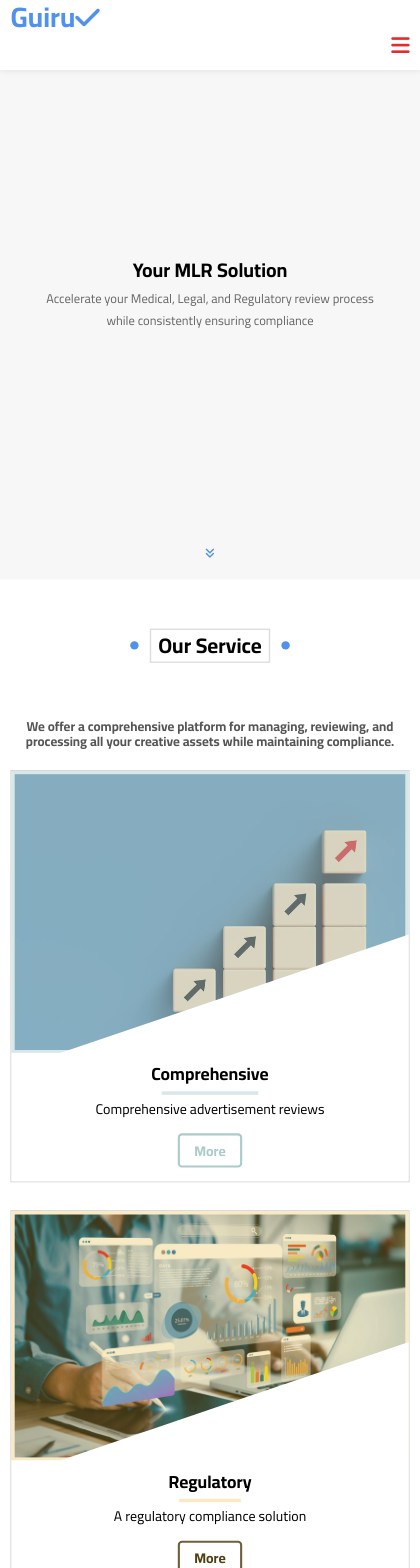
Repository: AsmaaAlothman/Templet-1-website
Page: home.html
These files come from the project's save history. The page is drawn as it stood at one moment and after the next save; the edit follows.
The browser window is 600 px wide. The pictures show the part of the page from y = 0 to 2240 px (the page is 5240 px tall), at 70% of full size.

Above is the page before, as saved 2024-08-31 13:45:51.

### home.html
<!DOCTYPE html>
<html lang="en">

<head>
    <meta charset="UTF-8" />
    <meta name="viewport" content="width=device-width, initial-scale=1.0" />
    <title>Guiru test</title>
    <!-- Render all elements normally-->
    <link rel="stylesheet" href="css/normalize.css" />
    <!-- Font Awesome library-->
    <link rel="stylesheet" href="css/all.min.css" />
    <link rel="preconnect" href="https://fonts.googleapis.com" />
    <!--Google Fonts Cairo-->
    <link href="https://fonts.googleapis.com/css2?family=Cairo:wght@200..1000&family=Work+Sans:ital,wght@0,100..900;1,100..900&display=swap" rel="stylesheet" />
    <!--Main template css file -->
    <link rel="stylesheet" href="css/home.css" />
</head>

<body>
    <!-- Start header -->
    <div class="header" id="header">
        <div class="container">

            <a href="#" class="logo"> Guiru <i class="fa-solid fa-check"></i></a>

            <ul class="main_nav">
                <li>
                    <a href="#partner_with_us" class="partner_with_us">partner with us</a>
                </li>
                <li><a href="#about-us">About Us</a></li>
                <li><a href="#contact-us">Contact Us</a></li>
                <li><a href="#login">Login</a></li>
                <li><a href="#home">Home</a></li>
            </ul>
            <label for="check" class="check-btn">
              <i class="fa-solid fa-bars"></i>
            </label>
        </div>
    </div>
    <!-- End header -->
    <!-- Start Landing -->
    <div class="landing">
        <div class="container">
            <div class="text">
                <h1>Your MLR Solution</h1>
                <p>
                    Accelerate your Medical, Legal, and Regulatory review process while consistently ensuring compliance
                </p>
            </div>
            <div class="image">
                <img src="images/landing_image2.jpg" alt="landing_image2" />
            </div>
        </div>
        <a href="#about-us" class="go_down">
            <i class="fa-solid fa-angles-down"></i>
        </a>
    </div>
    <!-- End Landing -->
    <!-- Start Service -->
    <div class="service" id="service">
        <h2 class="main-title">Our Service</h2>

        <h3>
            We offer a comprehensive platform for managing, reviewing, and processing all your creative assets while maintaining compliance.
        </h3>

        <div class="container">
            <div class="box comprehensive">
                <div class="img-holder">
                    <img src="images/service-image1.jpg" alt="" />
                </div>
                <h2>Comprehensive</h2>
                <p>Comprehensive advertisement reviews</p>
                <a href="#">More</a>
            </div>
            <div class="box regulatory">
                <div class="img-holder">
                    <img src="images/service-image2.jpg" alt="" />
                </div>
                <h2>Regulatory</h2>
                <p>A regulatory compliance solution</p>
                <a href="#">More</a>
            </div>
            <div class="box guidance">
                <div class="img-holder">
                    <img src="images/service-image3.jpg" alt="" />
                </div>
                <h2>Guidance</h2>
                <p>Guidance to improve advertisement effectiveness</p>
                <a href="#">More</a>
            </div>
        </div>
    </div>
    <!-- End service -->
    <!-- Start About US Section -->
    <div class="about-us" id="about-us">
        <div class="container">
            <h2 class="main-title">About Us</h2>
            <h3>
                At Guiru, we are dedicated to offering the best solutions for your MLR needs. Our team will ensure you campaigns meet all necessary regulations needs and achieve maximum impact.
            </h3>
            <div class="box">
                <div class="details">
                    <img src="images/about-us.png" alt="about-us" />
                </div>
            </div>
        </div>
    </div>
    <!-- End About US Section -->

    <!-- Start Our Value Section -->
    <div class="our-value" id="our-value">
        <h2 class="main-title">Our Value</h2>
        <div class="container">
            <img src="images/our-values.jpg" alt="" class="image" style="width: 600px; height: 400px" />
            <div class="info">
                <div class="box">
                    <img src="images/our-values2.png" alt="" />
                    <div class="text">
                        <h3>Integrity</h3>
                        <p>
                            We uphold the highest standards of integrity in all our actions.
                        </p>
                    </div>
                </div>
                <div class="box">
                    <img src="images/our-values3.png" alt="" />
                    <div class="text">
                        <h3>Excellence</h3>
                        <p>We strive for excellence in everything we do.</p>
                    </div>
                </div>
                <div class="box">
                    <img src="images/our-values4.png" alt="" />
                    <div class="text">
                        <h3>Innovation</h3>
                        <p>
                            We encourage innovation to meet challenges and improve our services.
                        </p>
                    </div>
                </div>
            </div>
        </div>
    </div>
    <!-- End Our value Section -->

    <!-- Start Footer -->
    <div class="footer" id="footer">
        <div class="container">
            <img src="images/logo-Guiru.png" alt="logo-footer" />
            <div class="footer-links">
                <a href="#about-us"><i class="fa-regular fa-address-card"> About Us </i></a
          >
          <a href="#contact-us"
            ><i class="fa-solid fa-headset"> Contact Us </i>
          </a>
                <a href="#privacy-policy"><i class="fa-solid fa-arrow-right-to-bracket"> Privacy Policy </i>
          </a>
            </div>
            <p class="copyright">
                &copy; 2024 <span>Guiru</span> All rights reserved.
            </p>
        </div>
    </div>
    <!-- End Footer -->
</body>

</html>

### css/home.css
/* Start global rules : */

* {
    -webkit-box-sizing: border-box;
    -moz-box-sizing: border-box;
    box-sizing: border-box;
    padding: 0px;
    margin: 0px;
}

html {
    scroll-behavior: smooth;
}

:root {
    --main-color: #4f91ed;
    --main-color-alt: #125bc2bd;
    --hover-main-color: #c5c9cf23;
    --icon-color-hover: #accef577;
    --main-transition: 0.3s;
    --main-padding-top: 70px;
    --main-padding-bottom: 70px;
    --second-section-background-color: #d2d7d831;
    --main-section-background-color: white;
    --footer-background-color: rgba(46, 69, 92, 0.486);
    --paragraph-text-color: #555;
    --main-box-shadow: 0 12px 20px 0 rgba(0, 0, 0, 0.048), 0 2px 4px 0 rgb(0 0 0/12%);
}

body {
    font-family: "Cairo", sans-serif;
    /* font-family: "Work Sans", sans-serif;*/
}

a {
    text-decoration: none;
}

ul {
    list-style: none;
}


/* End global rules  */

.parent {
    background-color: #eee;
}

.container {
    padding-left: 15px;
    padding-right: 15px;
    margin-left: auto;
    margin-right: auto;
    /* background-color: #ececec; */
}

img {
    /* padding-left: 15px;
    padding-right: 15px; */
    margin-left: auto;
    margin-right: auto;
    display: block;
    /* background-color: var(--main-color); */
}


/* Start media query  */

@media (min-width: 768px) {
    .container {
        width: 970px;
    }
}

@media (min-width: 992px) {
    .container {
        width: 970px;
    }
}

@media (min-width: 1200px) {
    .container {
        width: 1170px;
    }
}


/* End media query  */


/* Start Style Main title */

.main-title {
    margin: 0 auto 80px;
    border: 2px solid #e1dcdc;
    padding: 5px 10px;
    font-size: 30px;
    width: fit-content;
    position: relative;
    z-index: 1;
    transition: var(--main-transition);
}

.main-title::after,
.main-title::before {
    content: "";
    width: 12px;
    height: 12px;
    background-color: var(--main-color);
    position: absolute;
    border-radius: 50%;
    top: 50%;
    transform: translateY(-50%);
}

.main-title::after {
    right: -30px;
}

.main-title::before {
    left: -30px;
}

.main-title:hover::before {
    z-index: -1;
    animation: left-move 0.3s linear forwards;
}

.main-title:hover::after {
    z-index: -1;
    animation: right-move 0.3s linear forwards;
}

.main-title:hover {
    color: white;
    border: 2px solid white;
    transition-delay: 0.2s;
}


/* End Style Main title */


/* Start header */

.header {
    background-color: white;
    position: relative;
    -webkit-box-shadow: 0 0 10px#ddd;
    -moz-box-shadow: 0 0 10px#ddd;
    box-shadow: 0 0 10px#ddd;
}

.header .container {
    display: flex;
    background-color: white;
    justify-content: space-between;
    align-items: center;
    flex-wrap: wrap;
    position: relative;
}

.header .logo {
    color: var(--main-color);
    font-size: 40px;
    font-weight: bold;
    /*  height: 72px; للحفاظ على ارتفاع الهيدر حتى لو اختلف حجم المين  */
    height: 72px;
    display: flex;
    justify-content: center;
    align-items: center;
}


/* start responsive media for logo selector : */

@media (max-width: 767px) {
    .header .logo {
        width: 100%;
        height: 50px;
    }
}


/*end responsive media for logo selector : */

.header .main_nav {
    display: flex;
}


/* start responsive media for main_nav selector : */

.header .main_nav>li>a {
    height: 80px;
    letter-spacing: 2px;
    font-size: 20px;
    display: flex;
    justify-content: center;
    align-items: center;
    position: relative;
    color: black;
    padding: 0px 25px;
    transition: var(--main-transition);
    overflow: hidden;
}


/* start responsive media for li > a selector : */

@media (max-width: 767px) {
    .header .main_nav>li>a {
        padding: 10px;
        height: 40px;
        font-size: 14px;
    }
}

@media (max-width: 767px) {
    .header .main_nav {
        flex-direction: column;
        gap: 0;
        padding: 5px;
        margin: auto;
    }
}

.check-btn {
    font-size: 30px;
    color: rgb(223, 46, 46);
    cursor: pointer;
    display: none;
}

@media (max-width: 767px) {
    .check-btn {
        display: flex;
        margin-bottom: 20px;
    }
    .header .main_nav {
        display: none;
    }
    .header .container {
        justify-content: end;
    }
    .header .container .logo {
        display: flex;
        justify-content: start;
    }
}


/* End header */


/* Start Landing */

.landing {
    position: relative;
    background-color: var(--second-section-background-color);
}

.landing .container {
    min-height: calc(100vh - 72px);
    display: flex;
    align-items: center;
    padding-bottom: 75px;
}

.landing .text {
    flex: 1;
}

@media (max-width: 991px) {
    .landing .text {
        text-align: center;
    }
}

.landing .text h1 {
    font-size: 37px;
    margin: 0;
    letter-spacing: 0px;
}


/*start response mobile screen size */

@media (max-width: 767px) {
    .landing .text h1 {
        font-size: 28px;
    }
}


/*end response mobile screen size */

.landing .text p {
    font-size: 22px;
    margin: 5px 0 0;
    line-height: 1.7;
    color: #666;
    max-width: 500px;
}

@media (max-width: 991px) {
    .landing .text p {
        margin: 10px auto;
    }
}


/*start response mobile screen size */

@media (max-width: 767px) {
    .landing .text p {
        font-size: 18px;
    }
}


/*end response mobile screen size */

.landing .image img {
    position: relative;
    width: 400px;
    /* وحطينا زمن 5 ثواني يروح ويرجع up-and-down الانيميشن هون سميتو ع كيفي  */
    /* الانيميشن بعتمد عالبوزشن لازم يكون ريليتف */
    /* بننزل بننشئ الانيميشن تحت بنفس هاد الاسم  */
    animation: up-and-down 5s linear infinite;
}

@media (max-width: 991px) {
    .landing .image {
        display: none;
    }
}

.landing .go_down {
    color: var(--main-color);
    position: absolute;
    bottom: 30px;
    left: 50%;
    transform: translateX(-50%);
    transition: var(--main-transition);
}

.landing .go_down:hover {
    color: var(--main-color-alt);
}

.landing .go_down i {
    animation: bouncing 1.5s infinite;
}


/* End landing */


/* Start service */

.service {
    padding-top: var(--main-padding-top);
    padding-bottom: var(--main-padding-bottom);
    position: relative;
    background-color: var(--main-section-background-color);
}

.service .container {
    display: grid;
    grid-template-columns: repeat(auto-fill, minmax(300px, 1fr));
    gap: 40px;
}

.service h3 {
    color: var(--paragraph-text-color);
    display: block;
    padding-bottom: 30px;
    max-width: 100%;
    text-align: center;
    margin: auto;
}

.service .box {
    text-align: center;
    border: 1px solid #ccc;
}

.service .container .img-holder {
    position: relative;
    overflow: hidden;
}

.service .container .img-holder::before {
    content: "";
    position: absolute;
    top: -1px;
    left: 0;
    height: 100%;
    width: 100%;
    /* background-color: #b657e257; */
}

.service .container .img-holder::after {
    content: "";
    position: absolute;
    bottom: 0;
    right: 0;
    border-style: solid;
    border-width: 0 0 170px 500px;
    border-color: transparent transparent white transparent;
    transition: var(--main-transition);
}

.service .container .img-holder img {
    max-width: 100%;
    padding: 5px;
}

.service .box:hover .img-holder::after {
    border-width: 0 465px 0 0;
}

.service .box h2 {
    position: relative;
    font-size: 25px;
    margin: 15px auto;
    width: fit-content;
}

.service .box h2::after {
    content: "";
    position: absolute;
    bottom: -15px;
    left: 15px;
    height: 5px;
    width: calc(100% - 30px);
    /* background-color: red; */
}

.service .box p {
    line-height: 2;
    font-size: 20px;
    color: var(--paragraph-color);
    margin: 15px 15px;
    padding: 0;
}

.service .box a {
    display: block;
    border: 3px solid transparent;
    width: fit-content;
    margin: 0 auto 20px;
    font-size: 20px;
    font-weight: bold;
    padding: 10px 20px;
    border-radius: 6px;
    transition: var(--main-transition);
}

.service .box:hover a {
    background-position: left bottom;
    color: rgb(39, 37, 37);
}


/*اللي فوق الصورة overlayهاد الجزء الخاص بال    */

.service .comprehensive .img-holder::before {
    background-color: #aacacb75;
}


/* comprehensive  /guidance /regulatory هاد لون الباك جراوند اللي تحت الهيدر تبع القسم يعني تحت كلمة  */

.service .comprehensive h2::after {
    background-color: #aacacb75;
}

.service .comprehensive a {
    color: #aacacb;
    border-color: #aacacb;
    background: linear-gradient(to right, #aacacb75 50%, white 50%);
    background-size: 200% 100%;
    background-position: right bottom;
}


/* ---------------------------------- */

.service .regulatory .img-holder::before {
    background-color: #e0ad1f41;
}

.service .regulatory h2::after {
    background-color: #e0ad1f41;
}

.service .regulatory a {
    color: #503f10;
    border-color: #6e6039;
    background: linear-gradient(to right, #e0ad1f41 50%, white 50%);
    background-size: 200% 100%;
    background-position: right bottom;
}


/* ---------------------------------- */

.service .guidance .img-holder::before {
    background-color: #b7cc8c71;
}

.service .guidance h2::after {
    background-color: #b7cc8c71;
}

.service .guidance a {
    color: #b7cc8c;
    border-color: #b7cc8c;
    background: linear-gradient(to right, #b7cc8c71 50%, white 50%);
    background-size: 200% 100%;
    background-position: right bottom;
}


/* End service */


/* Start About us Section */

.about-us {
    position: relative;
    padding-top: var(--main-padding-top);
    padding-bottom: var(--main-padding-bottom);
    background-color: var(--second-section-background-color);
}

.about-us .container {
    display: flex;
    align-items: center;
    flex-wrap: wrap;
    position: relative;
}

.about-us .container .box {
    display: grid;
    margin: auto;
    grid-template-columns: repeat(auto-fill, minmax(450px, 0fr));
    gap: 10px;
    padding: 5px;
    max-width: fit-content;
    background-color: transparent;
    border-radius: 6px;
    box-shadow: 0 12px 20px 0 rgb(0 0 0/13%), 0 2px 4px 0 rgb(0 0 0/12%);
}

.about-us .container .box img {
    max-width: 60%;
    transition: var(--main-transition);
    border-radius: 6px;
}

@media (max-width: 767px) {
    .about-us .container .box img {
        max-width: 60%;
        transition: var(--main-transition);
        border-radius: 6px;
        margin-left: 40px;
    }
}

.about-us .container .box img:hover {
    transform: rotate(2deg) scale(1);
    transition-duration: 1s;
}

.about-us .container h3 {
    color: var(--paragraph-text-color);
    display: block;
    padding-bottom: 30px;
    max-width: 100%;
    text-align: center;
    margin: auto;
}


/* End About us Section */


/* Start Our value Section */

.our-value {
    padding-top: var(--main-padding-top);
    padding-bottom: var(--main-padding-bottom);
    position: relative;
    background-color: var(--section-background-color);
}

.our-value .container {
    display: flex;
    align-items: center;
    justify-content: space-between;
}

@media (max-width: 991px) {
    .our-value .container {
        flex-direction: column;
    }
}

.our-value .container .image {
    max-width: 100%;
    margin-right: 70px;
}

@media (max-width: 991px) {
    .our-value .image {
        margin: 0 0 50px;
    }
}

@media (max-width: 767px) {
    .our-value .container .image {
        display: none;
    }
}

.our-value .info .box {
    background-color: #8d9cb138;
    padding: 20px 15px;
    margin-bottom: 20px;
    border-radius: 6px;
    display: flex;
    align-items: center;
    border: 3px solid white;
    position: relative;
    z-index: 1;
}

@media (max-width: 991px) {
    .our-value .info .box {
        flex-direction: column;
        text-align: center;
    }
}

.our-value .info .box::before {
    content: "";
    position: absolute;
    background-color: rgba(131, 181, 209, 0.26);
    left: 50%;
    top: 50%;
    height: 0;
    width: 0;
    transform: translate(-50%, -50%);
    z-index: -1;
    transition: var(--main-transition);
}

.our-value .info .box:hover:before {
    height: 100%;
    width: 100%;
}

.our-value .info .box img {
    width: 120px;
    margin-left: 0;
    padding: 5px;
    border-radius: 15px;
}

@media (max-width: 991px) {
    .our-value .info .box img {
        margin: 0 0 30px;
    }
}

.our-value .container .info .box .text {
    padding: 0px 5px 0px 15px;
}

.our-value .container .info .box h3 {
    font-size: 20px;
    padding-bottom: 5px;
    margin: 0;
}

.our-value .container .info .box p {
    line-height: 1.7;
    color: var(--paragraph-color);
    margin: 10px 0 0;
    font-size: 18px;
}


/* End Our value Section */


/* Start Footer  */

.footer {
    padding-top: 50px;
    padding-bottom: 50px;
    background-color: var(--footer-background-color);
    position: relative;
    color: white;
    text-align: center;
}

.footer .container img {
    width: 200px;
}

.footer .footer-links {
    max-width: 100%;
    padding-top: 15px;
    display: flex;
    margin: 40px 0 20px;
    gap: 25px;
    justify-content: center;
    align-items: center;
    position: relative;
}

@media (max-width: 767px) {
    .footer .footer-links {
        padding-top: 10px;
        display: grid;
        margin: 30px 0 20px;
        gap: 30px;
        justify-content: center;
        align-items: center;
    }
}

.footer .footer-links a {
    display: block;
    font-size: 13px;
    letter-spacing: 4px;
    color: #0c4597c2;
    text-shadow: 0px 1px 7px white;
    border-bottom: 3px solid rgba(58, 79, 148, 0.918);
    border-radius: 6px;
    padding: 10px;
}

.footer .footer-links a:hover {
    font-weight: bolder;
    color: white;
    border: none;
    background-color: rgba(78, 107, 134, 0.37);
    box-shadow: var(--main-box-shadow);
    transition: var(--main-transition);
}

.footer .container {
    position: relative;
    max-width: 100%;
    max-height: 100%;
}

.footer .copyright {
    margin-top: 60px;
    padding: 20px;
}

.footer .copyright span {
    font-weight: bold;
    font-size: 20px;
    color: var(--main-color-alt);
}


/* End Footer  */


/* Start Create Animation  */

@keyframes up-and-down {
    0%,
    100% {
        top: 0;
    }
    50% {
        top: -50px;
    }
}

@keyframes left-move {
    50% {
        left: 0;
        width: 12px;
        height: 12px;
    }
    100% {
        left: 0;
        border-radius: 0;
        width: 100%;
        height: 100%;
    }
}

@keyframes right-move {
    50% {
        right: 0;
        width: 12px;
        height: 12px;
    }
    100% {
        right: 0;
        border-radius: 0;
        width: 100%;
        height: 100%;
    }
}


/* Start Create Animation  */

@keyframes up-and-down {
    0%,
    100% {
        top: 0;
    }
    50% {
        top: -50px;
    }
}

@keyframes left-move {
    50% {
        left: 0;
        width: 12px;
        height: 12px;
    }
    100% {
        left: 0;
        border-radius: 0;
        width: 100%;
        height: 100%;
    }
}

@keyframes right-move {
    50% {
        right: 0;
        width: 12px;
        height: 12px;
    }
    100% {
        right: 0;
        border-radius: 0;
        width: 100%;
        height: 100%;
    }
}


/* End Create Animation */

Loaded but not shown: css/normalize.css (library); css/all.min.css (library)

After the next save:
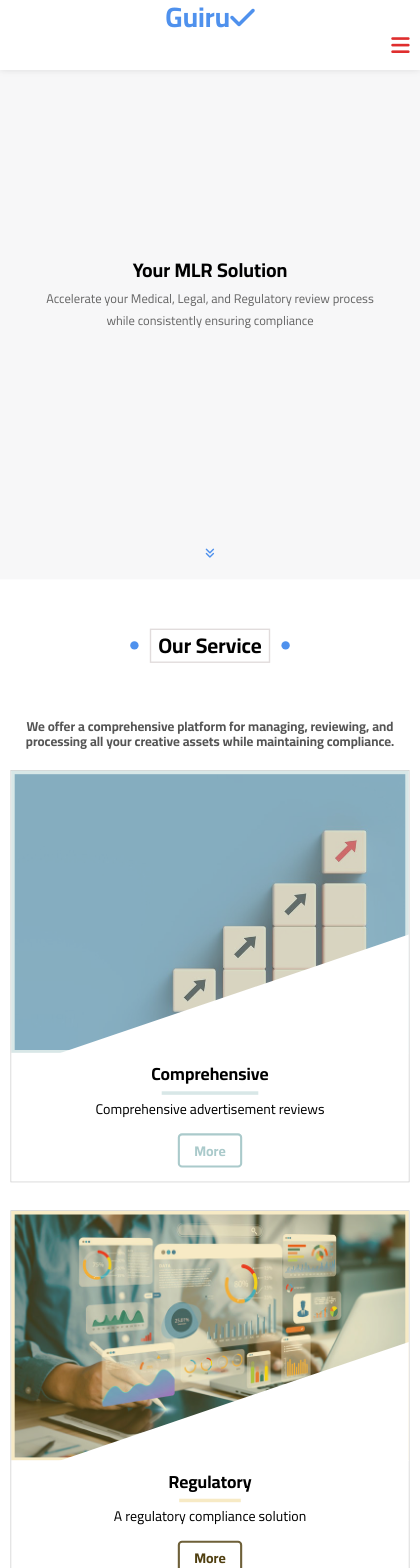
Saved 76 s later.
--- a/css/home.css
+++ b/css/home.css
@@ -246,7 +246,6 @@ img {
     }
     .header .container .logo {
         display: flex;
-        justify-content: start;
     }
 }
 
